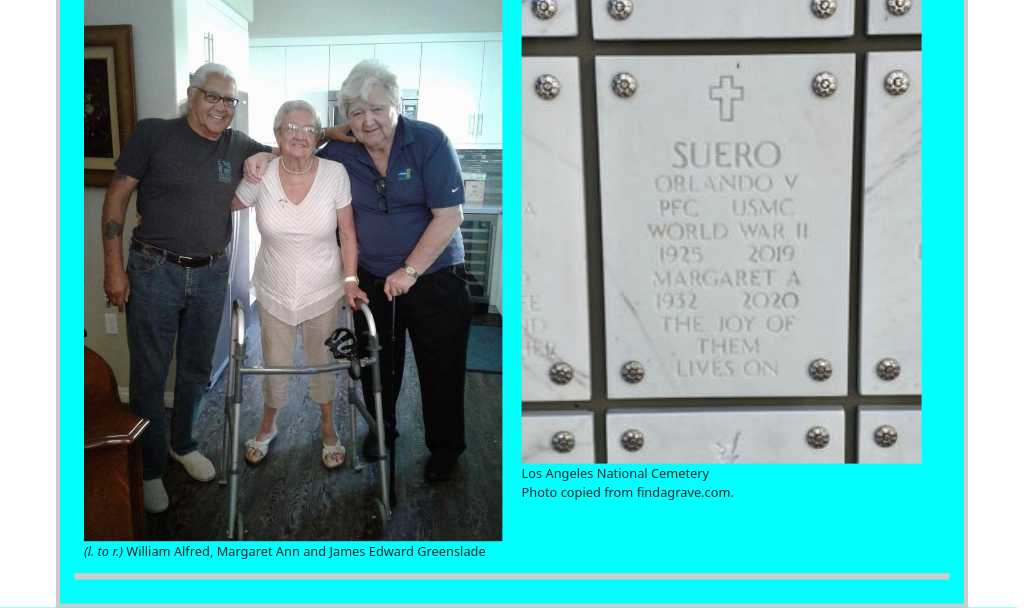
Repository: George2916/GreensladeFamilyTree
Page: photoMargaretAnnGreenslade.html
The author's editor kept a record of every edit. The page is drawn from the files as they stood at one moment, then again after the next edit.
The browser window is 1280 px wide. The pictures show the part of the page from y = 867 to 2291 px (the page is 1627 px tall before and 2291 px after), at 80% of full size.
A picture or video elsewhere on the page could not be fetched, so the positions and the page height are approximate.

Above is the page before.

After the next edit:
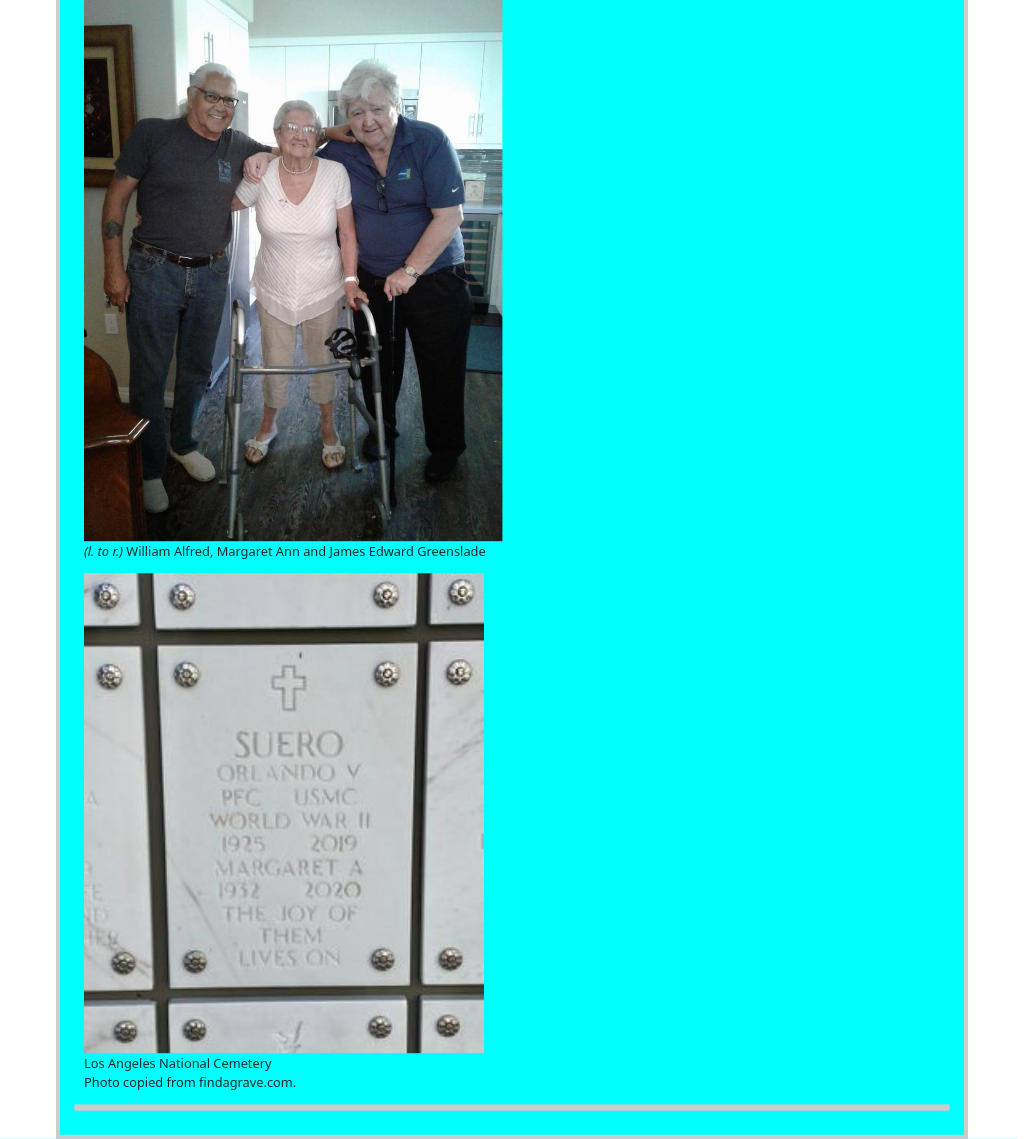
The edit:
--- a/photoMargaretAnnGreenslade.html
+++ b/photoMargaretAnnGreenslade.html
@@ -65,6 +65,8 @@
             <p><i>(l. to r.)</i>&nbsp;William Alfred, Margaret Ann and James Edward Greenslade</p>
         </div>
 
+        <div class="col-12 col-md-2"></div>
+
         <div class="col-12 col-md-6">
             <img class="img-fluid" src="images/peggyGreenslade(5).jpg">
             <p>Los Angeles National Cemetery<br>Photo copied from findagrave.com.</p>
